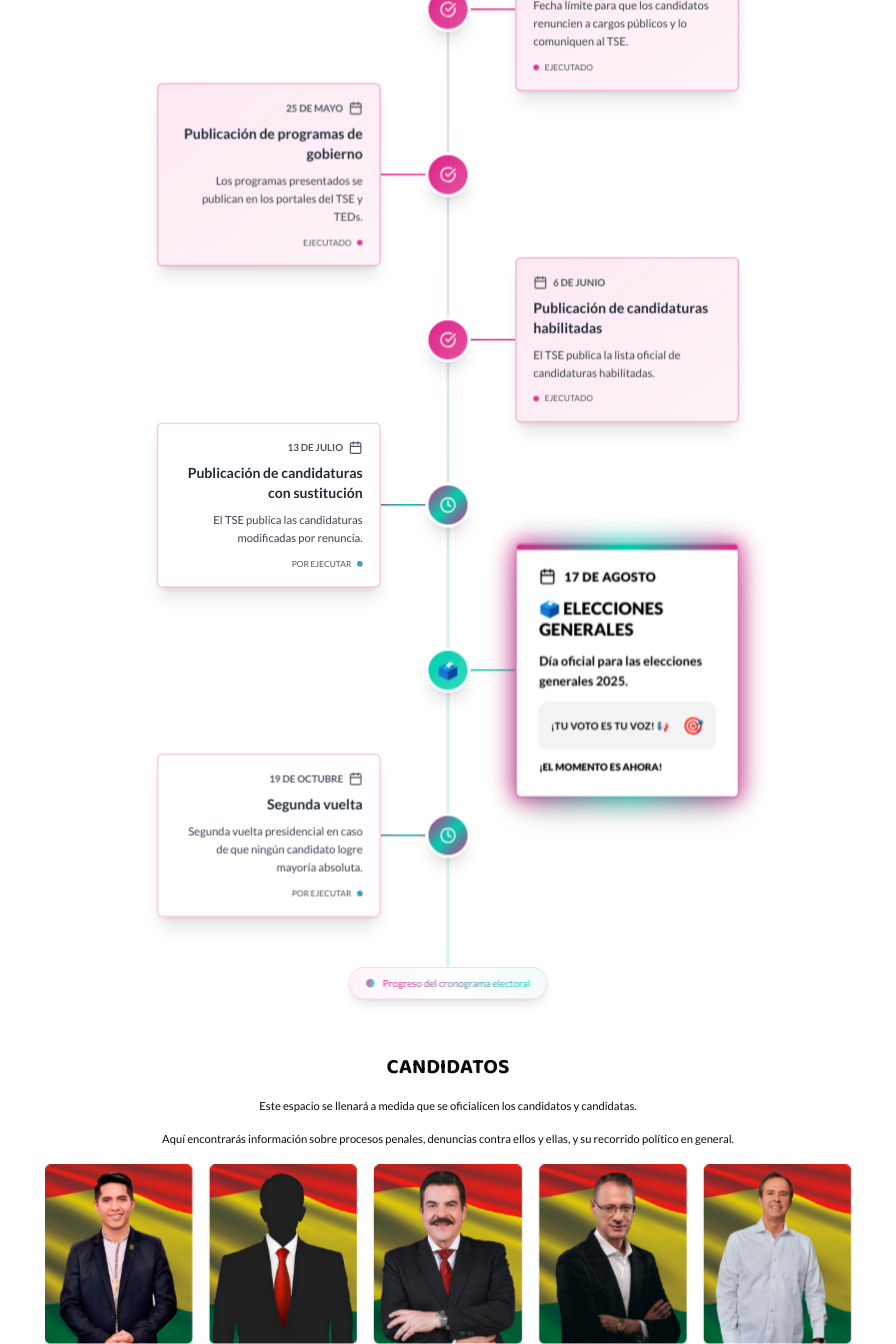
Repository: Roberto8695/chequeatuvoto-v2
Page: /
The author's editor kept a copy of each file at every save. The page is drawn from the files as they stood at one save, then again after a run of saves.
The browser window is 1280 px wide. The pictures show the part of the page from y = 3568 to 5488 px (the page is 6378 px tall), at 70% of full size.
The project was rebuilt for these pictures with package versions that can differ from the ones it lists, and the page was loaded fresh each time. Some packages were replaced by stand-ins written for this rebuild. The framework's server and built-in components were replaced by stand-ins that run in the browser. Also part of the build but not shown: next.config.ts.

Above is the page before, as saved 2025-07-01 18:05:35.

After the next 2 saves:
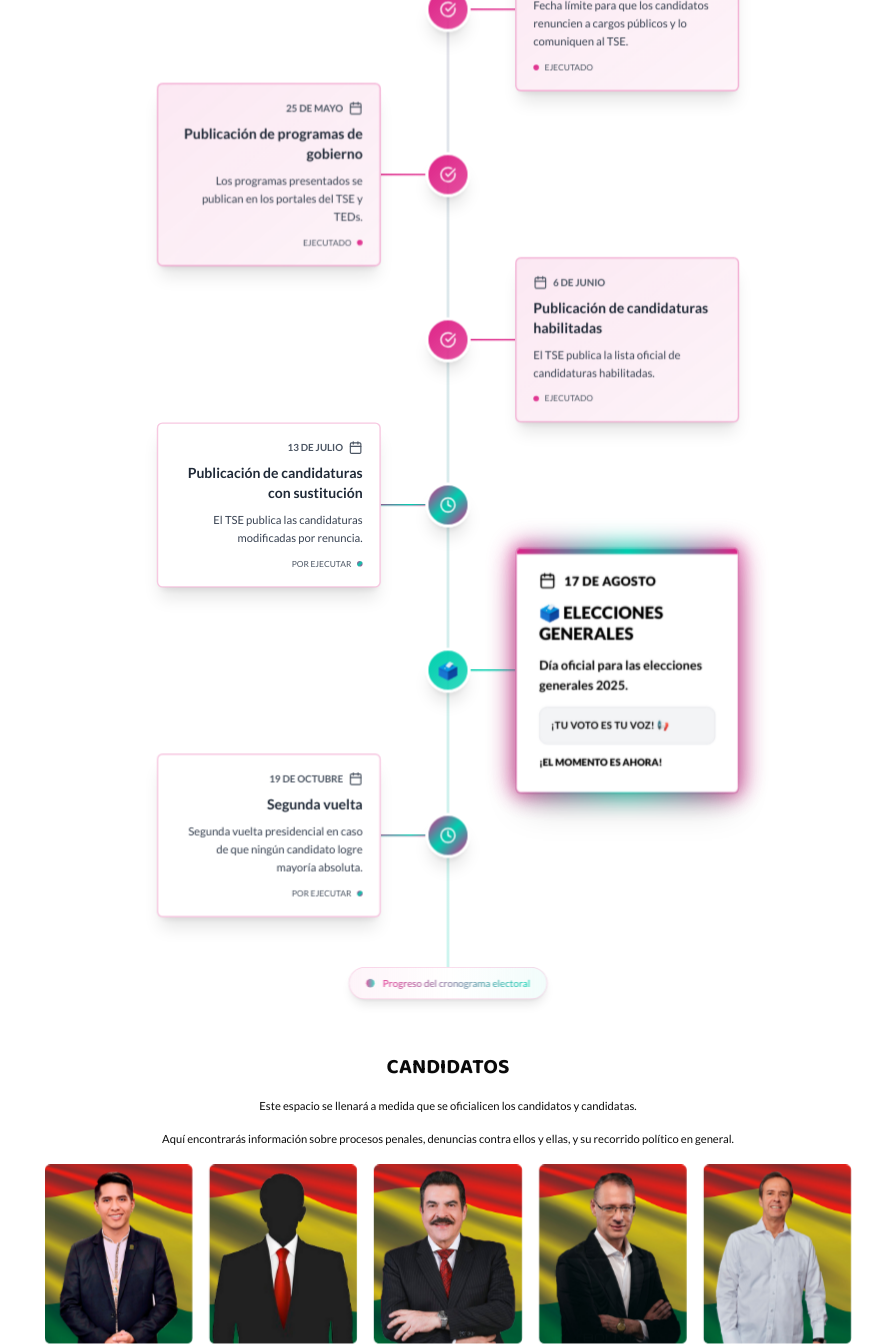
The 2 saves are shown as one change because they came seconds apart.
The last was saved 23 s later.
--- a/src/components/ui/animated-timeline.tsx
+++ b/src/components/ui/animated-timeline.tsx
@@ -406,7 +406,7 @@
                                 <span className="text-sm font-bold text-black uppercase tracking-wide">
                                   ¡Tu voto es tu voz! 📢
                                 </span>
-                                <div className="text-2xl">🎯</div>
+
                               </div>
                             </div>
 
